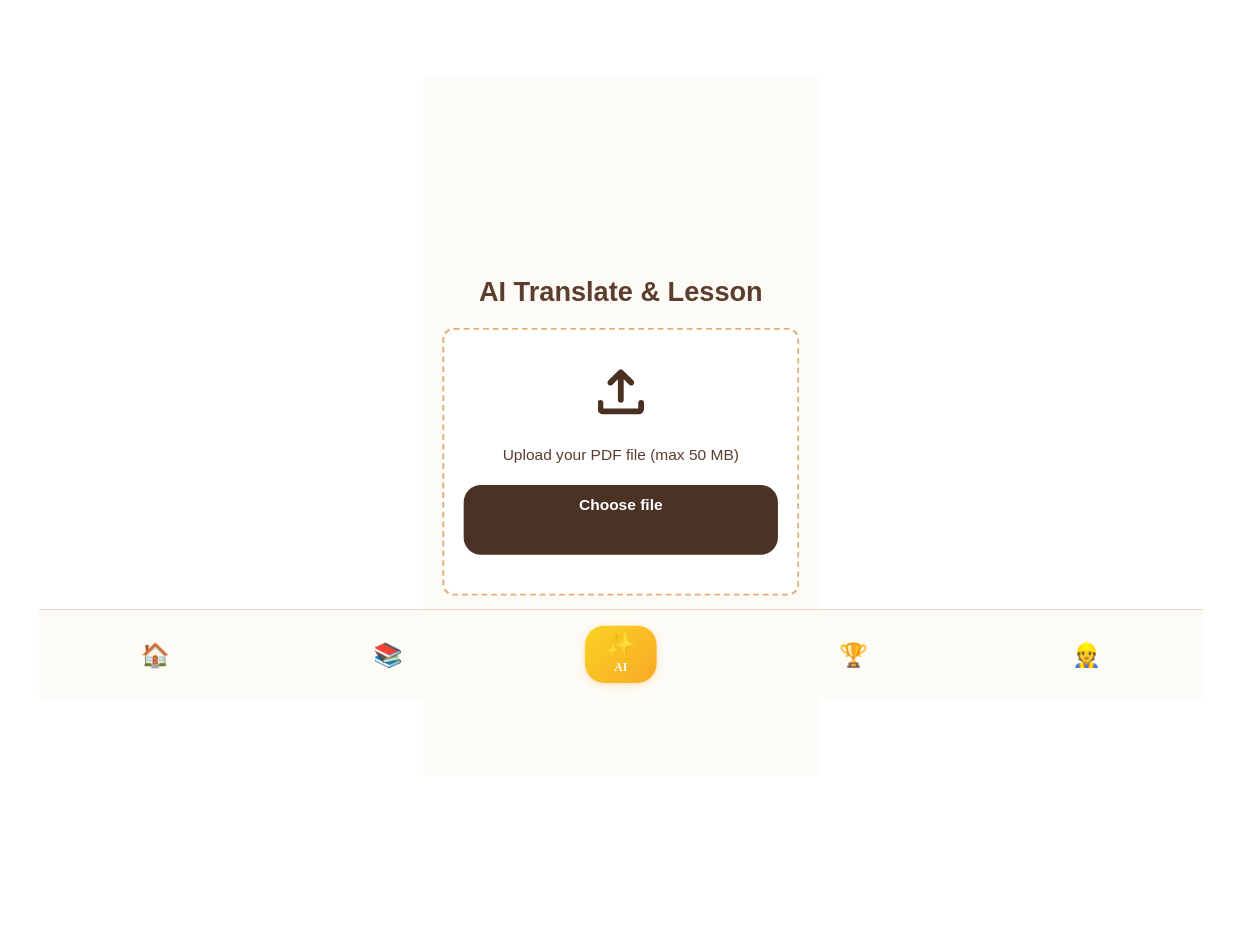
Repository: richelletiongson/Jargon_FrontendShowcase
Page: / (app in jargon_frontend/)
The author's editor kept a copy of each file at every save. The page is drawn from the files as they stood at one save, then again after the next save.
The browser window is 1280 px wide. The pictures show the whole page, at 97% of full size.
The pointer rests on the first visible `.choose-file-btn`.
The project was rebuilt for these pictures with package versions that can differ from the ones it lists, and the page was loaded fresh each time. Also part of the build but not shown: jargon_frontend/vite.config.js, jargon_frontend/src/index.css, jargon_frontend/src/home_pages/Home.jsx, jargon_frontend/src/course_pages/Course.jsx, jargon_frontend/src/charts_pages/Charts.jsx, jargon_frontend/src/profile_pages/Profile.jsx.

Above is the page before, as saved 2025-10-22 14:31:09.

After the next save:
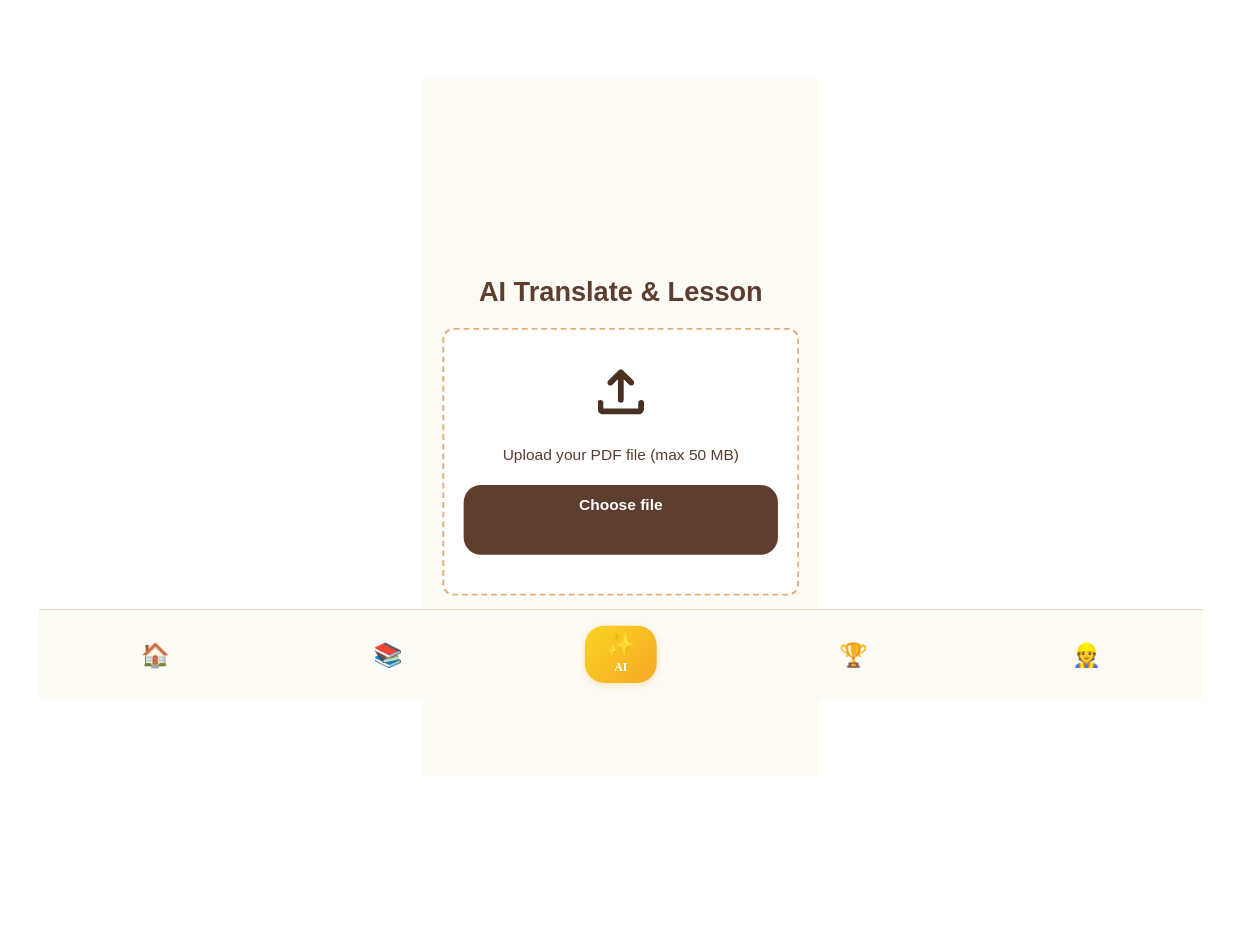
Saved 8 s later.
--- a/jargon_frontend/src/ai_pages/AI.css
+++ b/jargon_frontend/src/ai_pages/AI.css
@@ -71,10 +71,6 @@
   height: 48px;
 }
 
-.choose-file-btn:hover {
-  background-color: #4A3225;
-}
-
 .selected-file {
   color: #5C3D2E;
   font-size: 14px;
